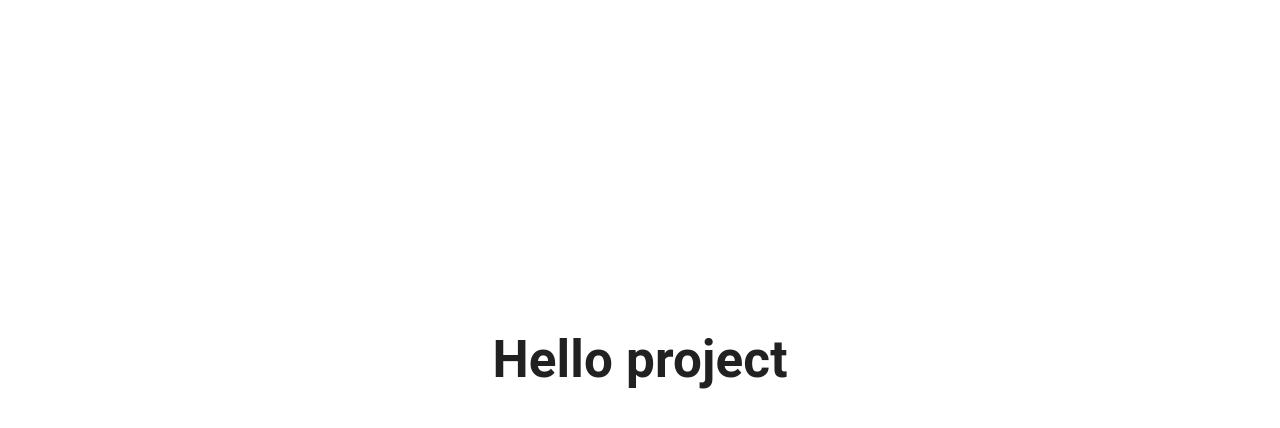
Repository: Abhi2359/react_internship
Page: / (app in assignment/)
The author's editor kept a copy of each file at every save. The page is drawn from the files as they stood at one save, then again after the next save.
The browser window is 1280 px wide. The pictures show the whole page.
The project was rebuilt for these pictures with package versions that can differ from the ones it lists, and the page was loaded fresh each time. Also part of the build but not shown: assignment/vite.config.ts.

Above is the page before, as saved 2023-08-18 18:30:19.

After the next save:
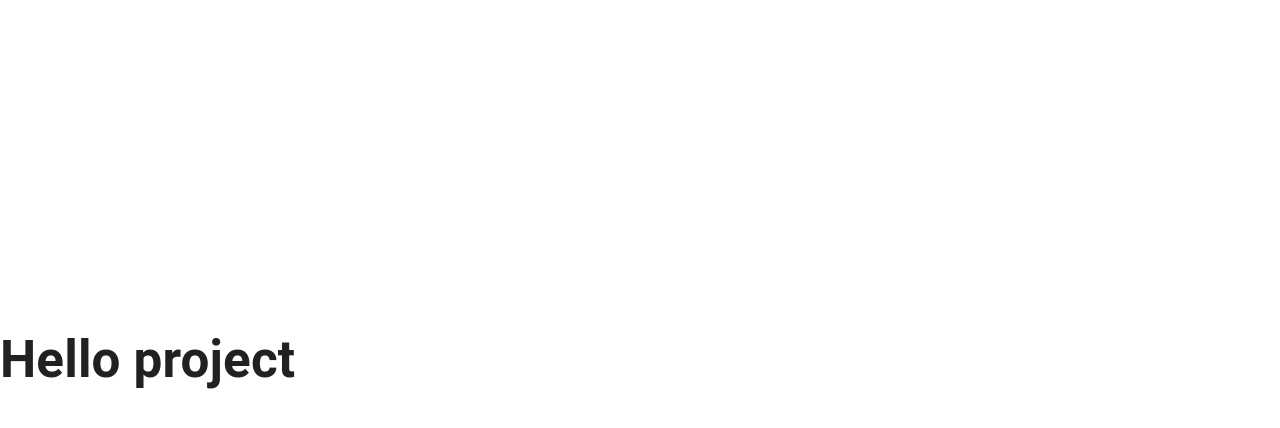
Saved 22 s later.
--- a/assignment/src/App.tsx
+++ b/assignment/src/App.tsx
@@ -1,6 +1,6 @@
 import { useState } from 'react'
 
-import './App.css'
+
 
 function App() {
   const [count, setCount] = useState(0)
